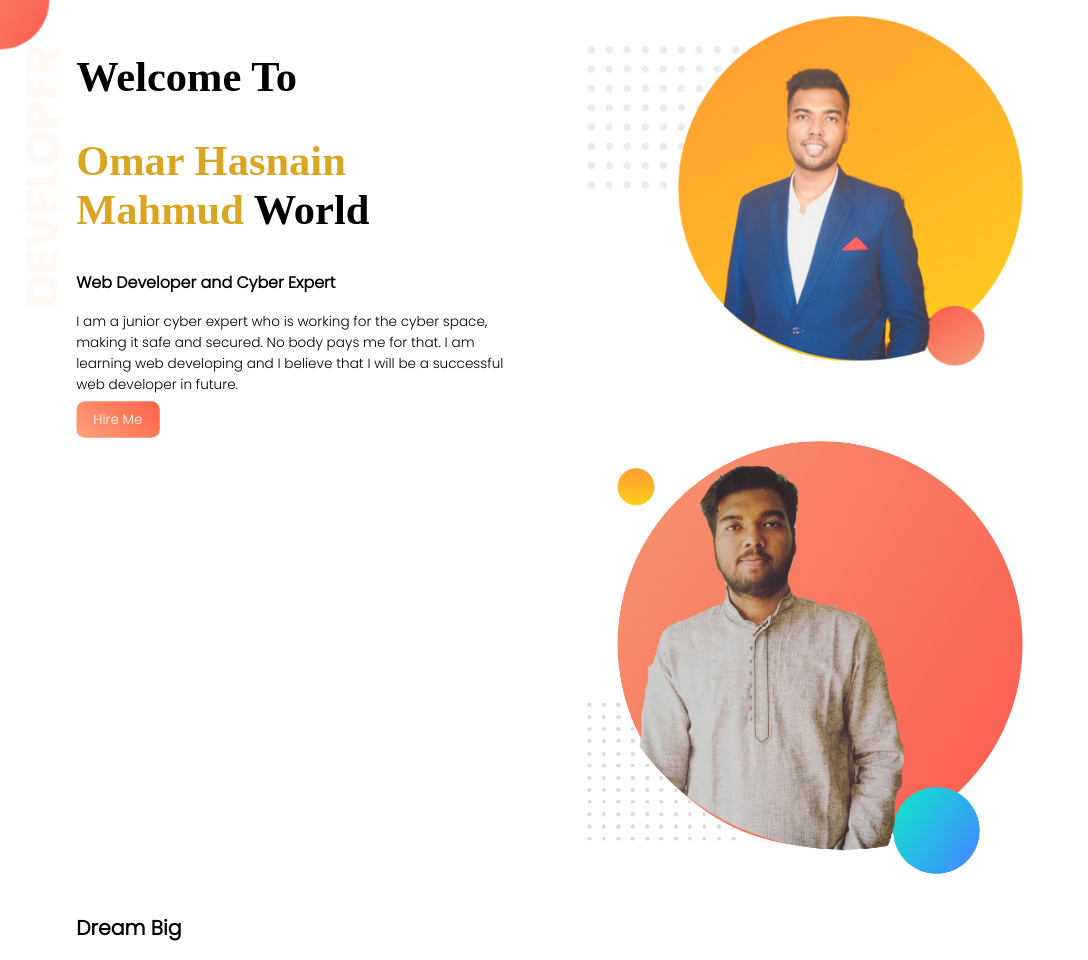
Repository: omarhasnain/web-portfolio
Page: index.html
These files come from the project's save history. The page is drawn as it stood at one moment and after the next save; the edit follows.
The browser window is 1280 px wide. The pictures show the whole page, at 85% of full size.
Some web fonts or font styles are not loaded; a fallback is used.

Above is the page before, as saved 2021-01-05 23:09:09.

After the next save:
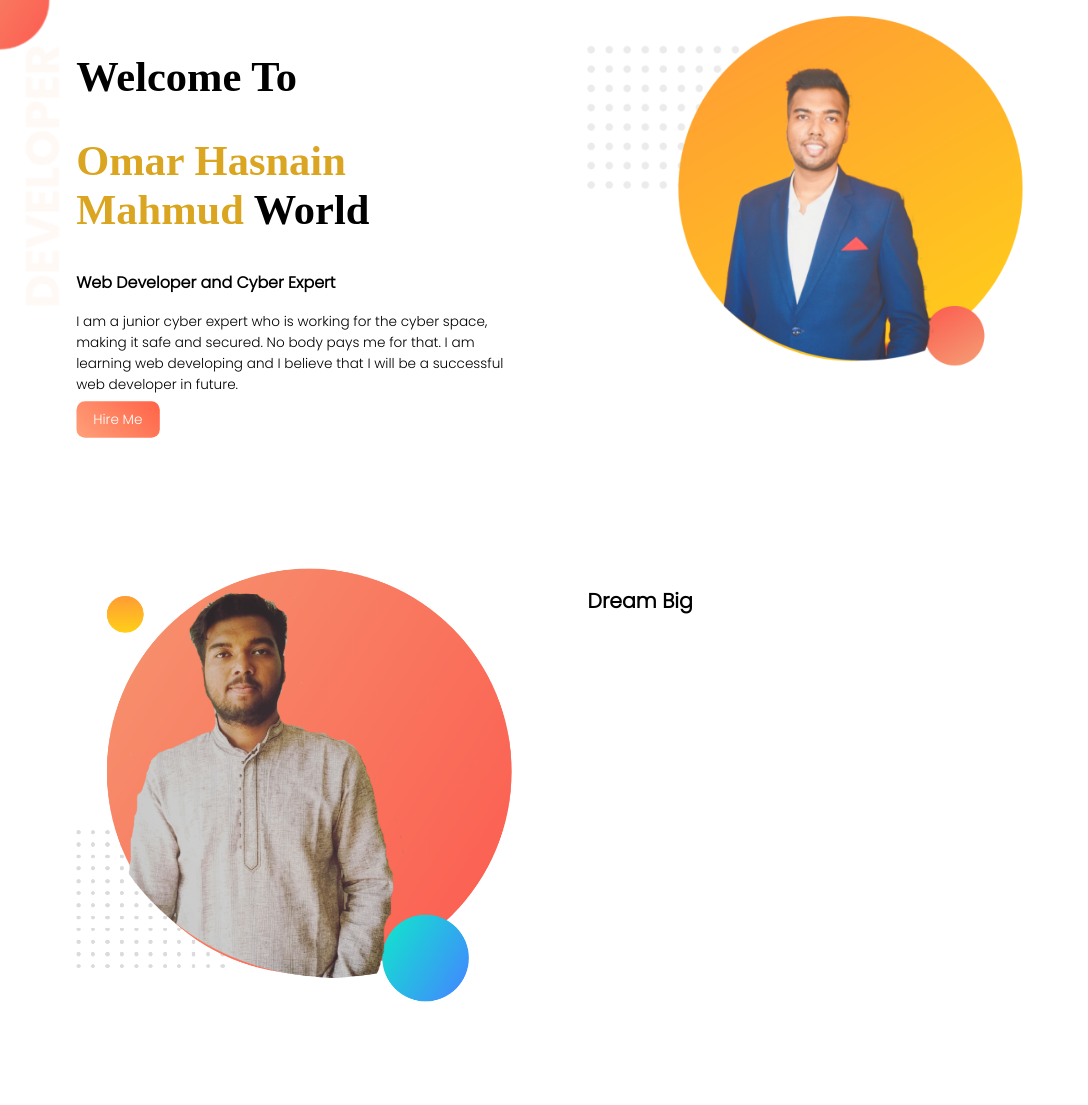
Saved 15 min 21 s later.
--- a/web portfolio style.css
+++ b/web portfolio style.css
@@ -30,6 +30,7 @@
 }
 section{
     height: 500px;
+    padding-bottom: 150px;
 }
 .link-button{
     text-decoration: none;
@@ -39,14 +40,3 @@
     color: white;
     font-weight: 580;
 }
-.again-half-width{
-    width: 40%;
-    float: right;
-    margin-right: 5%;
-    padding-right: 2%;
-    padding-top: 1.5%;
-
-}
-.again-half-width img{
-    width: 100%;
-}
